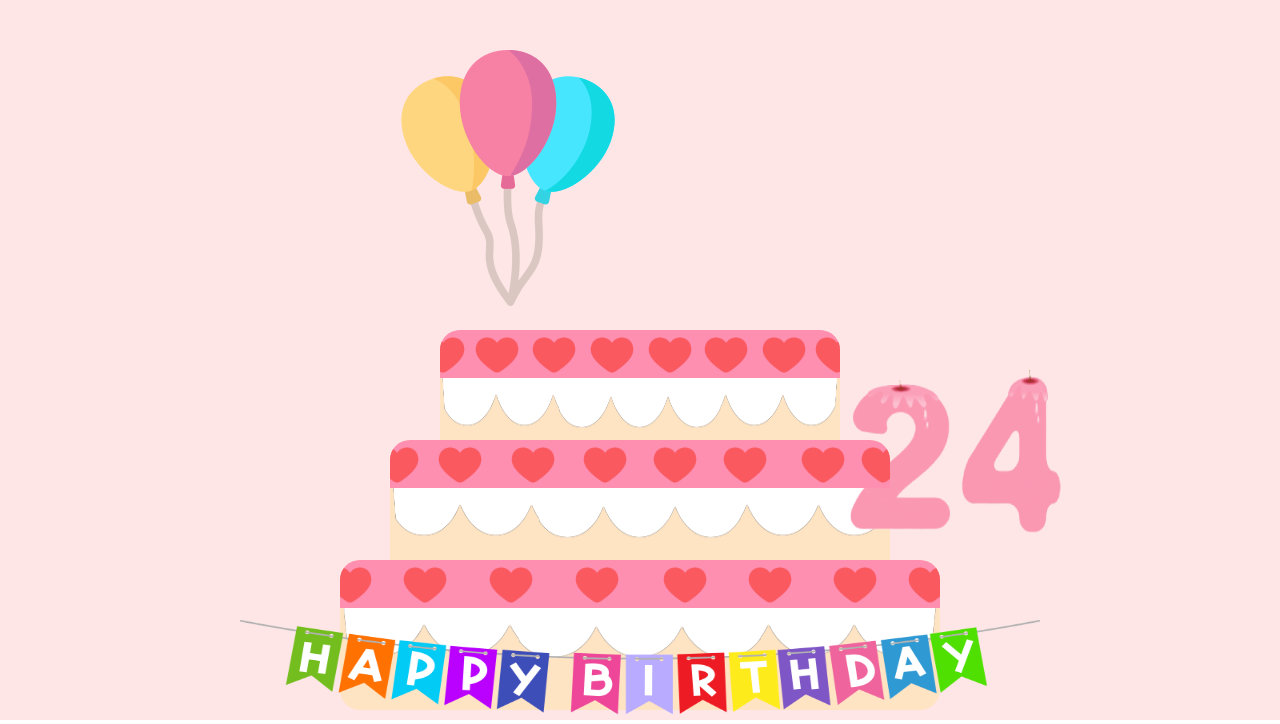
Repository: iphoneboy46/happybirthday
Page: index.html
An editor plug-in stored every save of this project. The page is shown before and after the next save, followed by the edit.
The browser window is 1280 px wide. The pictures show the whole page.

Above is the page before, as saved 2022-11-28 18:12:50.

After the next save:
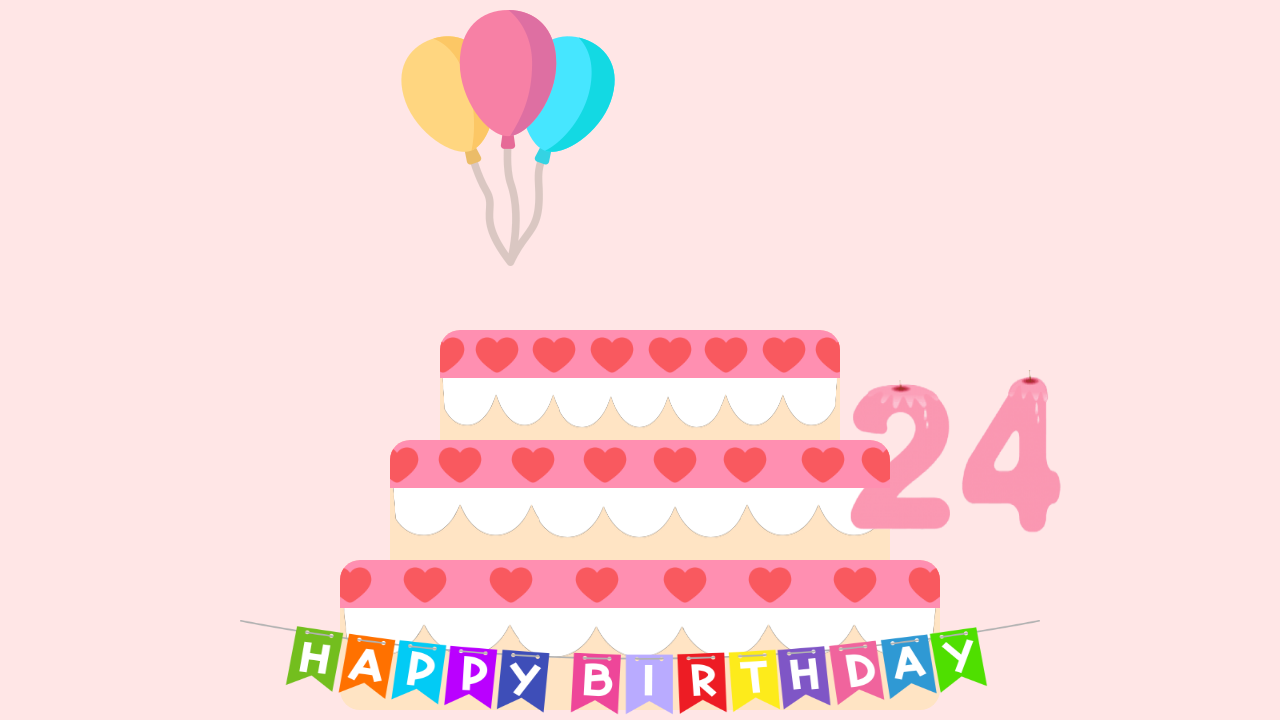
Saved 4 s later.
--- a/style.css
+++ b/style.css
@@ -485,5 +485,5 @@
 .bongbong1{
     position: absolute;
     left:380px;
-    top: 50px;
-}
+    top: 10px;
+}
